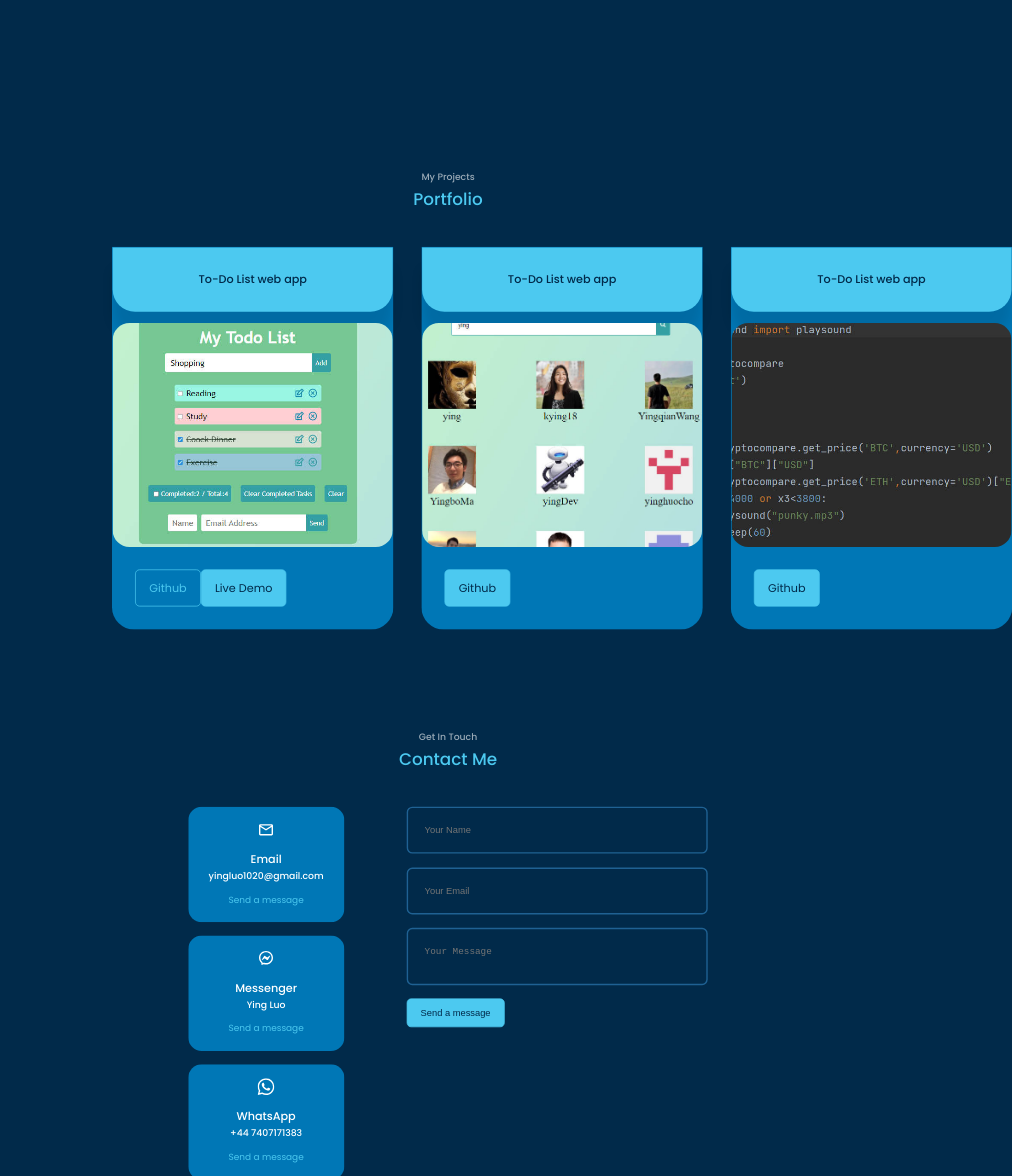
Repository: yingluo1020/react-portfolio-website
Page: /
An editor plug-in stored every save of this project. The page is shown before and after the next save, followed by the edit.
The browser window is 1280 px wide. The page is 1446 px wide, so the pictures cover 1446 px, including what lies to the right of the window. The pictures show the part of the page from y = 1798 to 3478 px (the page is 3983 px tall), at 70% of full size.
The project was rebuilt for these pictures with package versions that can differ from the ones it lists, and the page was loaded fresh each time. Imported but missing from the stored project, and not drawn on this page: src/assets/cv1.pdf.

Above is the page before, as saved 2022-03-16 10:42:39.

After the next save:
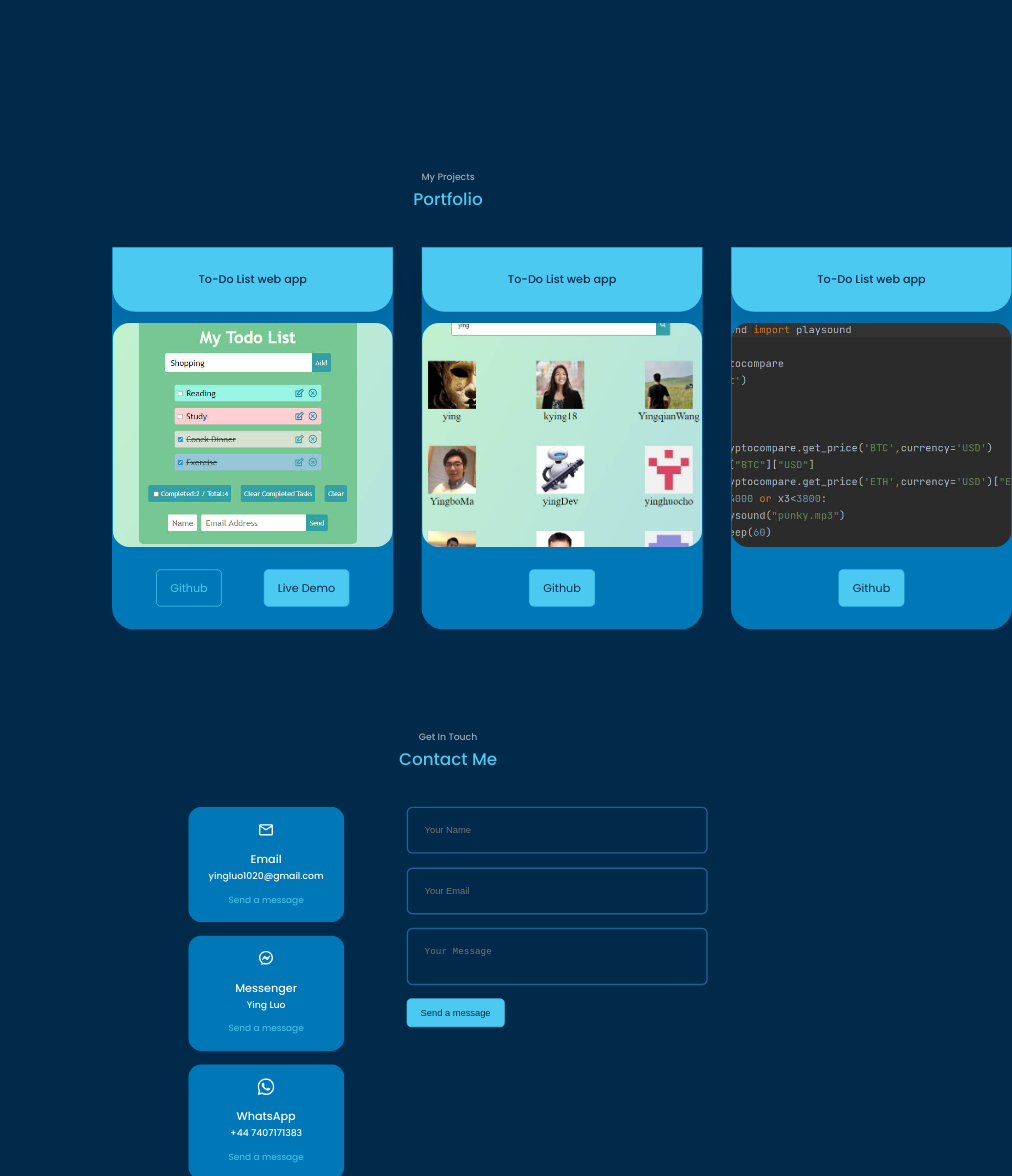
Saved 70 s later.
--- a/src/components/portfolio/portfolio.css
+++ b/src/components/portfolio/portfolio.css
@@ -47,7 +47,7 @@
 
 .portfolio_link {
     display: flex;
-    justify-content: start;
+    justify-content: space-around;
     margin: 2rem;
 }
 
